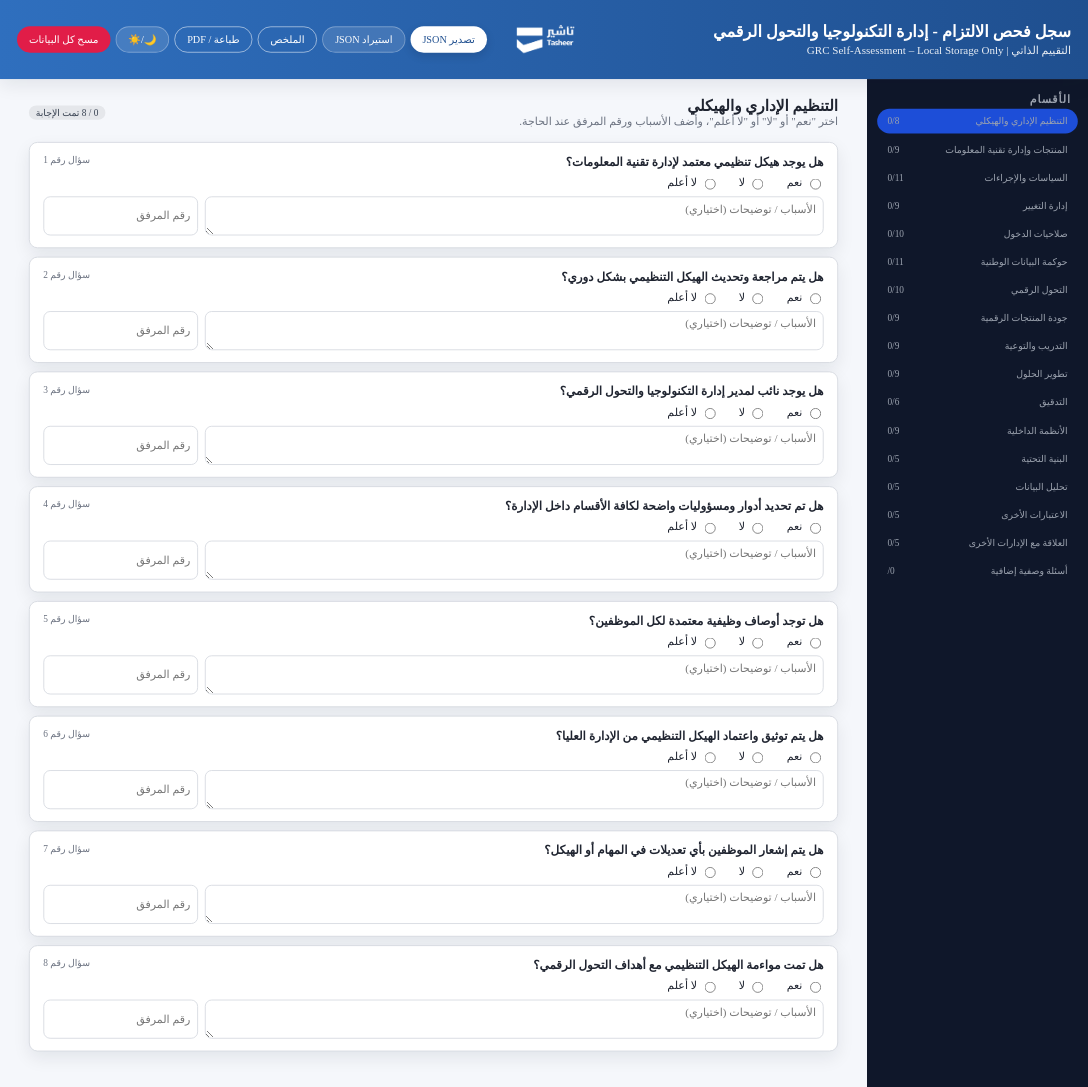
Repository: Tasheer-dev/GRCq
Page: index.html
An editor plug-in stored every save of this project. The page is shown before and after a run of saves, followed by the edit.
The browser window is 1280 px wide. The pictures show the whole page, at 85% of full size.

Above is the page before, as saved 2025-11-27 07:51:29.

### index.html
<!DOCTYPE html>
<html lang="ar" dir="rtl">
<head>
  <meta charset="UTF-8" />
  <title>سجل فحص الالتزام - إدارة التكنولوجيا والتحول الرقمي</title>
  <meta name="viewport" content="width=device-width, initial-scale=1" />
  <link rel="stylesheet" href="style.css" />
</head>
<body>
<div id="splash">
  <div class="splash-content">
    <img src="logo.png" alt="Tasheer Logo" class="splash-logo" />
    <h1>تشـيـر - Tasheer</h1>
    <p>نظام التقييم الذاتي لإدارة التكنولوجيا والتحول الرقمي</p>
  </div>
</div>

<div class="app-shell">
  <header>
    <div class="title-group">
      <h1>سجل فحص الالتزام - إدارة التكنولوجيا والتحول الرقمي</h1>
      <span>التقييم الذاتي | GRC Self-Assessment – Local Storage Only</span>
    </div>
    <div class="header-right">
      <img src="logo.png" alt="Tasheer Logo" class="header-logo" />
      <div class="actions">
        <button class="btn btn-primary" id="btn-export">تصدير JSON</button>
        <label class="btn btn-secondary">
          استيراد JSON
          <input type="file" id="import-file" accept="application/json" style="display:none" />
        </label>
        <button class="btn btn-outline" id="btn-summary">الملخص</button>
        <button class="btn btn-outline" id="btn-print">طباعة / PDF</button>
        <button class="btn btn-secondary" id="btn-dark">🌙/☀️</button>
        <button class="btn btn-danger" id="btn-clear">مسح كل البيانات</button>
      </div>
    </div>
  </header>

  <main>
    <aside class="sidebar">
      <div>
        <div class="sidebar-title">الأقسام</div>
        <ul class="nav-list" id="section-nav"></ul>
      </div>
    </aside>

    <section class="content">
      <div id="section-container"></div>
    </section>
  </main>
</div>

<script src="app.js"></script>
</body>
</html>

### style.css

@import url('https://fonts.googleapis.com/css2?family=Cairo:wght@300;400;500;600;700;800&display=swap');

:root {
  --primary: #1f4f8f;
  --primary-light: #2f6fbe;
  --accent: #00a3e0;
  --bg: #f5f7fb;
  --card-bg: #ffffff;
  --border: #d5d8e0;
  --text-main: #1f2430;
  --text-muted: #6b7280;
  --danger: #e11d48;
  --success: #15803d;
  --warning: #ca8a04;
  --sidebar-bg: #0f172a;
  --sidebar-text: #e5e7eb;
  --sidebar-muted: #9ca3af;
  --radius: 10px;
  --shadow: 0 8px 20px rgba(15, 23, 42, 0.08);
  --font-ar: --font-ar: 'Cairo', sans-serif;
}



/* Dark mode override */
body.dark {
  --bg: #020617;
  --card-bg: #020617;
  --border: #1f2937;
  --text-main: #e5e7eb;
  --text-muted: #9ca3af;
  --sidebar-bg: #020617;
  --sidebar-text: #e5e7eb;
  --sidebar-muted: #6b7280;
  --shadow: 0 10px 25px rgba(0, 0, 0, 0.6);
}

* {
  box-sizing: border-box;
}

body {
  margin: 0;
  font-family: var(--font-ar);
  background: var(--bg);
  color: var(--text-main);
}

/* Splash screen */

#splash {
  position: fixed;
  inset: 0;
  background: radial-gradient(circle at top, #1f4f8f 0, #020617 55%, #000 100%);
  display: flex;
  align-items: center;
  justify-content: center;
  z-index: 50;
  color: #e5e7eb;
  transition: opacity 0.6s ease, visibility 0.6s ease;
}

#splash.hidden {
  opacity: 0;
  visibility: hidden;
}

.splash-content {
  text-align: center;
  animation: float 1.8s ease-in-out infinite alternate;
}

.splash-logo {
  width: 160px;
  margin-bottom: 16px;
}

.splash-content h1 {
  margin: 0;
  font-size: 24px;
}

.splash-content p {
  margin-top: 8px;
  font-size: 14px;
  color: #cbd5f5;
}

@keyframes float {
  from { transform: translateY(0); }
  to { transform: translateY(-8px); }
}

/* Layout */

.app-shell {
  display: flex;
  min-height: 100vh;
  flex-direction: column;
}

header {
  background: linear-gradient(to left, var(--primary), var(--primary-light));
  color: white;
  padding: 12px 20px;
  display: flex;
  align-items: center;
  justify-content: space-between;
  box-shadow: var(--shadow);
  position: sticky;
  top: 0;
  z-index: 20;
}

header .title-group {
  display: flex;
  flex-direction: column;
  gap: 4px;
}

header h1 {
  margin: 0;
  font-size: 19px;
  font-weight: 700;
}

header span {
  font-size: 13px;
  opacity: 0.9;
}

.header-right {
  display: flex;
  align-items: center;
  gap: 12px;
}

.header-logo {
  width: 110px;
  height: auto;
}

header .actions {
  display: flex;
  gap: 6px;
  flex-wrap: wrap;
}

button,
.btn {
  border-radius: 999px;
  border: none;
  padding: 7px 14px;
  font-size: 12px;
  cursor: pointer;
  display: inline-flex;
  align-items: center;
  gap: 6px;
  font-family: inherit;
  transition: background 0.15s ease, transform 0.05s ease, box-shadow 0.15s ease;
  white-space: nowrap;
}

button:active,
.btn:active {
  transform: translateY(1px);
  box-shadow: none;
}

.btn-primary {
  background: white;
  color: var(--primary);
  box-shadow: 0 4px 10px rgba(15, 23, 42, 0.15);
}

.btn-secondary {
  background: rgba(255, 255, 255, 0.12);
  color: white;
  border: 1px solid rgba(255, 255, 255, 0.3);
}

.btn-danger {
  background: var(--danger);
  color: white;
}

.btn-outline {
  background: transparent;
  color: white;
  border: 1px solid rgba(255, 255, 255, 0.6);
}

body.dark .btn-outline {
  color: var(--primary-light);
  border-color: var(--primary-light);
}

main {
  display: flex;
  flex: 1;
  min-height: 0;
}

.sidebar {
  width: 260px;
  background: var(--sidebar-bg);
  color: var(--sidebar-text);
  padding: 16px 12px;
  display: flex;
  flex-direction: column;
  gap: 12px;
}

.sidebar-title {
  font-size: 13px;
  font-weight: 600;
  text-transform: uppercase;
  letter-spacing: 0.08em;
  color: var(--sidebar-muted);
  margin-bottom: 4px;
  padding-inline: 8px;
}

.nav-list {
  list-style: none;
  padding: 0;
  margin: 0;
  display: flex;
  flex-direction: column;
  gap: 4px;
}

.nav-item {
  border-radius: 999px;
  padding: 8px 12px;
  font-size: 13px;
  cursor: pointer;
  color: var(--sidebar-text);
  display: flex;
  align-items: center;
  justify-content: space-between;
  transition: background 0.12s ease, color 0.12s ease, transform 0.05s ease;
}

.nav-item span {
  font-size: 11px;
  color: var(--sidebar-muted);
}

.nav-item.active {
  background: #1d4ed8;
  color: white;
  transform: translateY(-1px);
}

.nav-item:hover:not(.active) {
  background: #111827;
}

.content {
  flex: 1;
  padding: 20px 24px 32px;
  overflow-y: auto;
  max-width: 1000px;
  margin-inline: auto;
}

.section-header {
  display: flex;
  justify-content: space-between;
  align-items: center;
  gap: 12px;
  margin-bottom: 16px;
  flex-wrap: wrap;
}

.section-header h2 {
  margin: 0;
  font-size: 18px;
}

.section-header p {
  margin: 0;
  font-size: 13px;
  color: var(--text-muted);
}

/* Cards & questions */

.question-card {
  background: var(--card-bg);
  border-radius: var(--radius);
  padding: 14px 16px;
  margin-bottom: 10px;
  box-shadow: var(--shadow);
  border: 1px solid var(--border);
}

.question-header {
  display: flex;
  justify-content: space-between;
  align-items: flex-start;
  gap: 8px;
  margin-bottom: 8px;
}

.question-title {
  font-size: 14px;
  font-weight: 600;
}

.question-meta {
  font-size: 11px;
  color: var(--text-muted);
  white-space: nowrap;
}

.answer-row {
  display: flex;
  flex-wrap: wrap;
  gap: 12px 24px;
  align-items: center;
  font-size: 13px;
  margin-bottom: 8px;
}

.answer-row label {
  display: inline-flex;
  align-items: center;
  gap: 4px;
  cursor: pointer;
}

.answer-row input[type="radio"] {
  accent-color: var(--primary);
  cursor: pointer;
}

.inputs-row {
  display: grid;
  grid-template-columns: minmax(0, 4fr) minmax(0, 1fr);
  gap: 8px;
  margin-top: 6px;
}

textarea,
input[type="text"],
input[type="number"] {
  width: 100%;
  border-radius: 8px;
  border: 1px solid var(--border);
  font-family: inherit;
  font-size: 13px;
  padding: 6px 8px;
  resize: vertical;
  min-height: 34px;
  background: transparent;
  color: var(--text-main);
}

textarea:focus,
input:focus {
  outline: 2px solid var(--primary-light);
  border-color: transparent;
}

.badge {
  display: inline-flex;
  align-items: center;
  border-radius: 999px;
  font-size: 11px;
  padding: 2px 8px;
  background: #e5e7eb;
  color: #374151;
}

.badge-yes {
  background: rgba(22, 163, 74, 0.12);
  color: #15803d;
}
.badge-no {
  background: rgba(220, 38, 38, 0.12);
  color: #b91c1c;
}
.badge-na {
  background: rgba(234, 179, 8, 0.12);
  color: #92400e;
}

.summary-grid {
  display: grid;
  grid-template-columns: repeat(auto-fit, minmax(180px, 1fr));
  gap: 12px;
  margin-top: 12px;
}

.summary-card {
  background: var(--card-bg);
  border-radius: var(--radius);
  padding: 10px 12px;
  border: 1px solid var(--border);
  box-shadow: var(--shadow);
}

.summary-card h3 {
  margin: 0 0 4px;
  font-size: 14px;
}

.summary-card p {
  margin: 0;
  font-size: 12px;
  color: var(--text-muted);
}

.summary-stats {
  display: flex;
  gap: 8px;
  margin-top: 6px;
  flex-wrap: wrap;
}

.stat-pill {
  font-size: 11px;
  border-radius: 999px;
  padding: 2px 8px;
  background: #f3f4f6;
  color: #374151;
}

.stat-pill strong {
  margin-inline: 2px;
}

/* Summary header with logo */
.summary-logo {
  width: 120px;
  height: auto;
  margin-bottom: 6px;
}

/* Responsive */

@media (max-width: 900px) {
  main {
    flex-direction: column;
  }
  .sidebar {
    width: 100%;
    flex-direction: row;
    overflow-x: auto;
    padding-bottom: 8px;
  }
  .nav-list {
    flex-direction: row;
    flex-wrap: nowrap;
  }
  .nav-item {
    font-size: 12px;
    padding-inline: 10px;
  }
}

@media (max-width: 700px) {
  header {
    flex-direction: column;
    align-items: flex-start;
    gap: 8px;
  }
  .header-right {
    width: 100%;
    justify-content: space-between;
  }
}

@media (max-width: 600px) {
  .section-header {
    flex-direction: column;
    align-items: flex-start;
  }
  .inputs-row {
    grid-template-columns: 1fr;
  }
}

/* Print mode */

@media print {
  #splash,
  header,
  .sidebar,
  .actions,
  #btn-print,
  #btn-dark {
    display: none !important;
  }
  body {
    background: white;
  }
  .content {
    max-width: 100%;
    padding: 0;
  }
  .question-card {
    box-shadow: none;
    border: 1px solid #d1d5db;
    page-break-inside: avoid;
  }
}

Loaded but not shown: app.js (542 lines, source omitted)

After the next 2 saves:
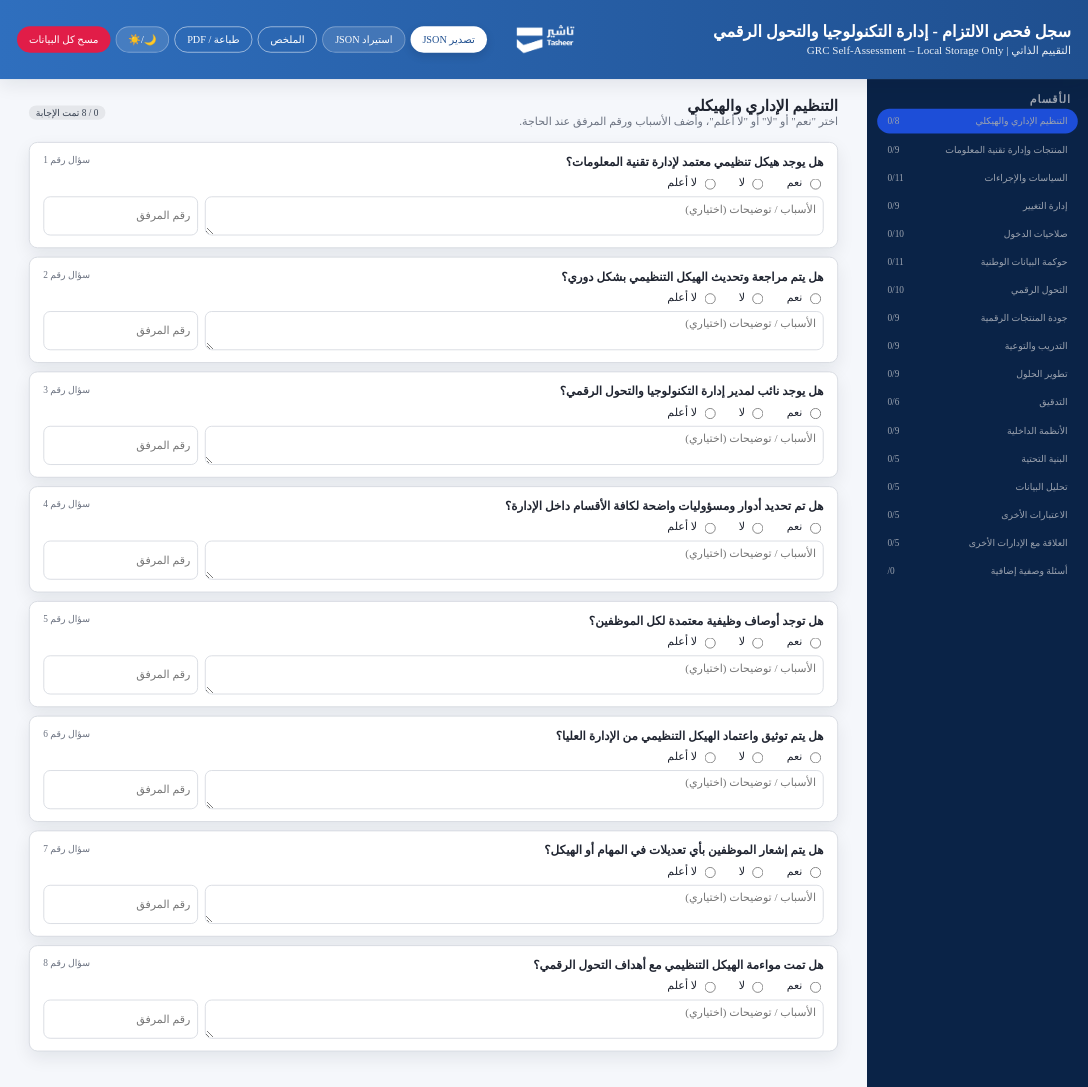
The 2 saves are shown as one change because they came seconds apart.
The last was saved 63 s later.
--- a/style.css
+++ b/style.css
@@ -13,7 +13,7 @@
   --danger: #e11d48;
   --success: #15803d;
   --warning: #ca8a04;
-  --sidebar-bg: #0f172a;
+  --sidebar-bg: #0a2347;
   --sidebar-text: #e5e7eb;
   --sidebar-muted: #9ca3af;
   --radius: 10px;
